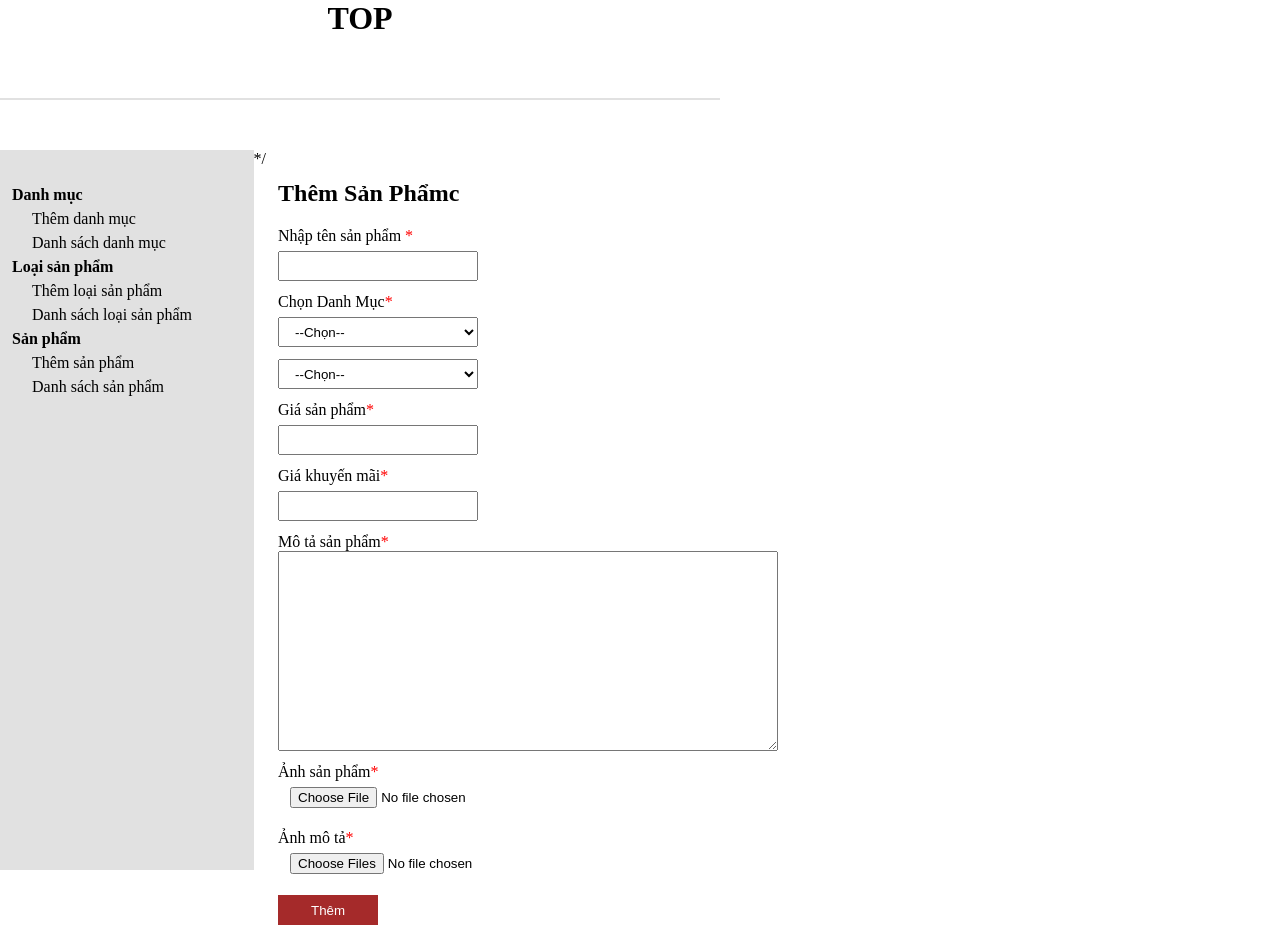
Repository: dinhvanbinh2310/ivy-moda
Page: http://localhost/Admin/productadd.php
An editor plug-in stored every save of this project. The page is shown before and after the next save, followed by the edit.
The browser window is 1280 px wide. The pictures show the whole page.
The page is run by PHP 8.4 with error messages shown; the project is at /var/www/html/.

Above is the page before, as saved 2022-07-06 16:29:06.

### Admin/productadd.php
<?php
include "header.php";
include "slider.php";
?>
<style>
/* ------------------------Product----------------------- */
/* .admin-content-right-product-add h1{
  margin-bottom: 20px;
}
.admin-content-right-product-add input,select{
  width: 200px;
  height: 30px;
  display: block;
  margin: 6px 0 12px;
  padding-left: 12px;
}
.admin-content-right-product-add textarea{
  display: block;
  height: 200px;
  width: 500px;
  margin-bottom: 12px;
  padding: 12px;
}
.admin-content-right-product-add button{
  display: block;
  margin-top: 10px;
  height: 30px;
  width: 100px;
  cursor: pointer;
  background-color: brown;
  border: none;
  color: white;
  transition: all 0.3s ease;
}
.admin-content-right-product-add button:hover{
  background-color: transparent;
  border: 1px solid brown;
  color: brown;
}
</style> */
<link rel="stylesheet" href="style.css">
<div class="admin-content-right">
<div class="admin-content-right-product-add">
          <h1>Thêm Sản Phẩmc</h1>
          <form action="" method="POST" enctype="multipart/form-data">   <!-- enctype="multipart/form-data đưa dữ liệu lên csdl -->
            <label for="">Nhập tên sản phẩm <span style="color:red;">*</span></label>
            <input type="text">
            <label for="">Chọn Danh Mục<span style="color:red;">*</span></label>
            <select name="" id="">
                <option value="#">--Chọn--</option>
            </select>
            <select name="" id="">
            <label for="">Chọn Loại Sản Phẩm<span style="color:red;">*</span></label>
              <option value="#">--Chọn--</option>
          </select>
          <label for="">Giá sản phẩm<span style="color:red;">*</span></label>
          <input type="text">
          <label for="">Giá khuyến mãi<span style="color:red;">*</span></label>
          <input type="text">
          <label for="">Mô tả sản phẩm<span style="color:red;">*</span></label>
          <textarea name="" id="" cols="30" rows="10"></textarea>
          <label for="">Ảnh sản phẩm<span style="color:red;">*</span></label>
          <input type="file">
          <label for="">Ảnh mô tả<span style="color:red;">*</span></label>
          <input multiple type="file">
          <button type="submit">Thêm</button>
          </form>
        </div>
      </div>
  </section>
</body>
</html>

### Admin/header.php
<!DOCTYPE html>
<html lang="en">
<head>
  <meta charset="UTF-8">
  <meta http-equiv="X-UA-Compatible" content="IE=edge">
  <meta name="viewport" content="width=device-width, initial-scale=1.0">
  <link rel="stylesheet" href="style.css">
  <title>Danh mục sản phẩm</title>
</head>
<body>
  <header>
    <h1>TOP</h1>
  </header>

### Admin/slider.php
<section class="admin-content">
    <div class="admin-content-left">
      <ul>
        <li> <a href="#">Danh mục</a>
          <ul>
            <li><a href="cartegoryadd.php">Thêm danh mục</a></li>
            <li><a href="cartegorylist.php">Danh sách danh mục</a></li>
          </ul>
        </li>
        <li> <a href="#">Loại sản phẩm</a>
          <ul>
            <li><a href="brandadd.php">Thêm loại sản phẩm</a></li>
            <li><a href="brandlist.php">Danh sách loại sản phẩm</a></li>
          </ul>
        </li>
        <li> <a href="#">Sản phẩm</a>
          <ul>
            <li><a href="">Thêm sản phẩm</a></li>
            <li><a href="">Danh sách sản phẩm</a></li></li>
        </ul>
      </ul>
    </div>

### Admin/style.css
*{
  margin: 0;
  padding: 0;
  box-sizing: border-box;
  color: black;
  outline: none;
}
a{
  text-decoration: none;
}
ul{
  list-style: none;
}
header{
  height: 100px;
  width: 100vh;
  border-bottom: 2px solid #dddd;
  text-align: center;
  align-items: center;
}
.admin-content{
  padding-top: 50px;
  display: flex;
}
.admin-content-left{
  background-color: #dddd;
  width: 20%;
  height: 100vh;
  padding: 30px 0 0 12px;
}
.admin-content-left > ul >li >a{
  font-weight: bold;
}
.admin-content-left ul li{
  margin: 6px 0;
}
.admin-content-left ul ul{
  margin-left: 20px;
}
.admin-content-right{
  width: 80%;
  padding: 30px 0 0 12px;
}
.admin-content-right-cartegory-add input{
  height: 30px;
  width: 200px;
  padding-left: 12px;
  margin-top: 20px;
}
.admin-content-right-cartegory-add button{
  display: block;
  margin-top: 10px;
  height: 30px;
  width: 100px;
  cursor: pointer;
  background-color: brown;
  border: none;
  color: white;
  transition: all 0.3s ease;
}
.admin-content-right-cartegory-add button:hover{
  background-color: transparent;
  border: 1px solid brown;
  color: brown;
}
/* ------------------------Cartegorylist----------------------- */
.admin-content-right-cartegory_list table{
  width: 100%;
  text-align: center;
  margin-top: 20px;
}
.admin-content-right-cartegory_list table tr th,td{
  border: 1px solid #dddd;
}
table{
  border-collapse: collapse;
}
/* ------------------------Product----------------------- */
.admin-content-right-product-add h1{
  margin-bottom: 20px;
}
.admin-content-right-product-add input,select{
  width: 200px;
  height: 30px;
  display: block;
  margin: 6px 0 12px;
  padding-left: 12px;
}
.admin-content-right-product-add textarea{
  display: block;
  height: 200px;
  width: 500px;
  margin-bottom: 12px;
  padding: 12px;
}
.admin-content-right-product-add button{
  display: block;
  margin-top: 10px;
  height: 30px;
  width: 100px;
  cursor: pointer;
  background-color: brown;
  border: none;
  color: white;
  transition: all 0.3s ease;
}
.admin-content-right-product-add button:hover{
  background-color: transparent;
  border: 1px solid brown;
  color: brown;
}

After the next save:
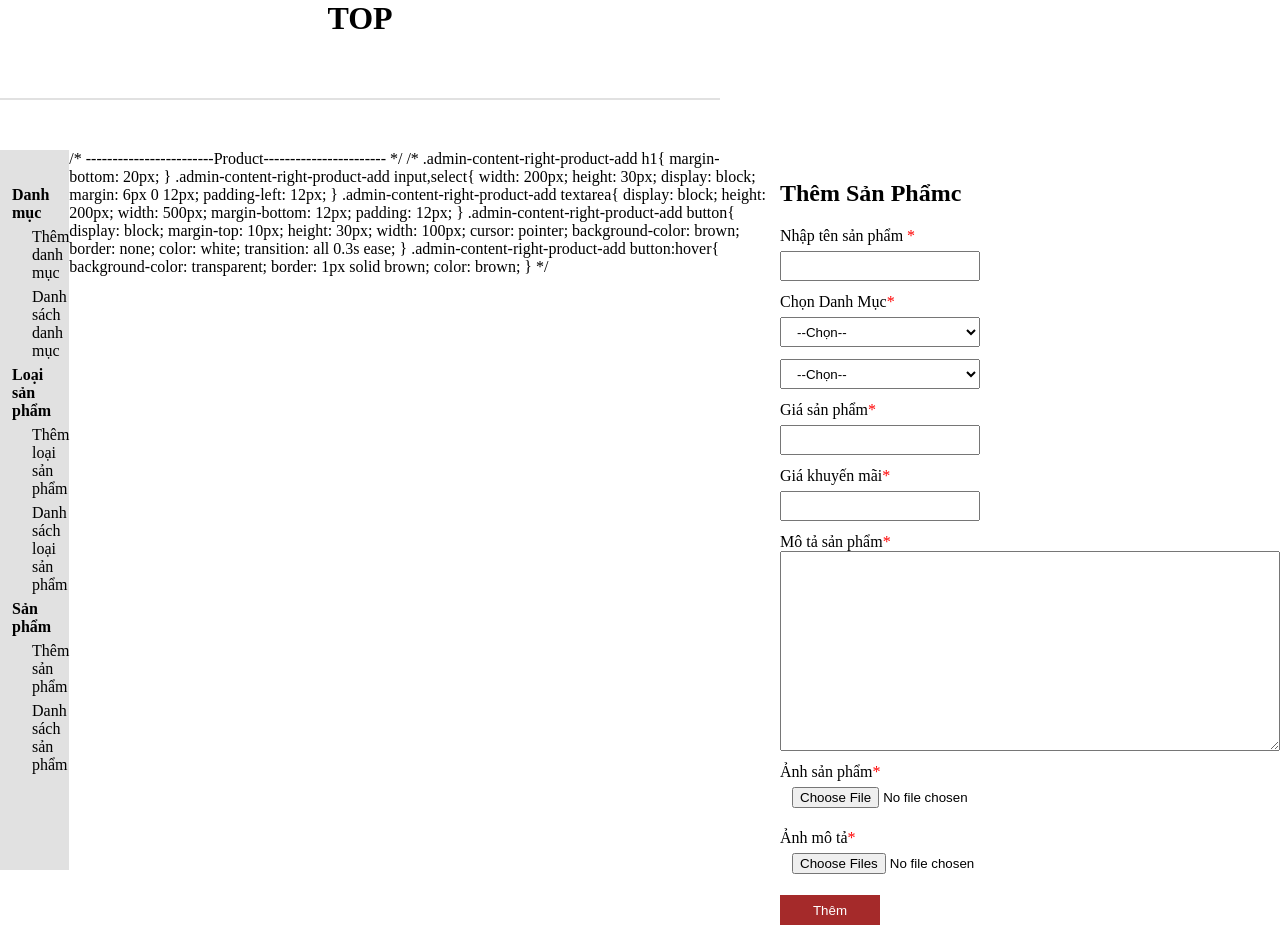
Saved 7 s later.
--- a/Admin/productadd.php
+++ b/Admin/productadd.php
@@ -2,7 +2,7 @@
 include "header.php";
 include "slider.php";
 ?>
-<style>
+<!-- <style> -->
 /* ------------------------Product----------------------- */
 /* .admin-content-right-product-add h1{
   margin-bottom: 20px;
